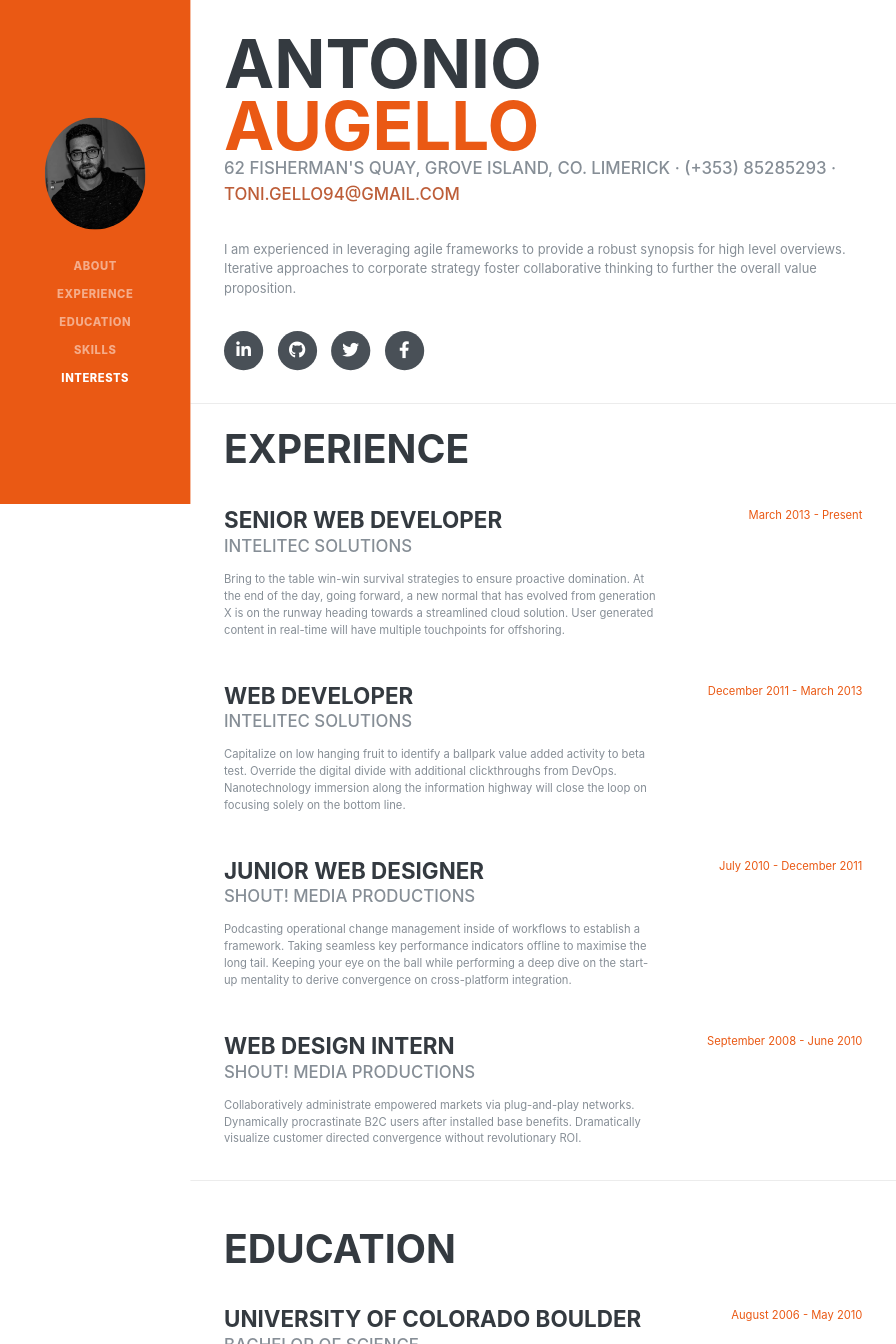
Repository: gello94/antonio_augello_online_Resume
Page: http://localhost/
The author's editor kept a record of every edit. The page is drawn from the files as they stood at one moment, then again after the next edit.
The browser window is 1280 px wide. The pictures show the part of the page from y = 0 to 1920 px (the page is 3994 px tall), at 70% of full size.
Some web fonts or font styles are not loaded; a fallback is used. The page is served by the project's application, run on Flask 3 (run.py).

Above is the page before.

After the next edit:
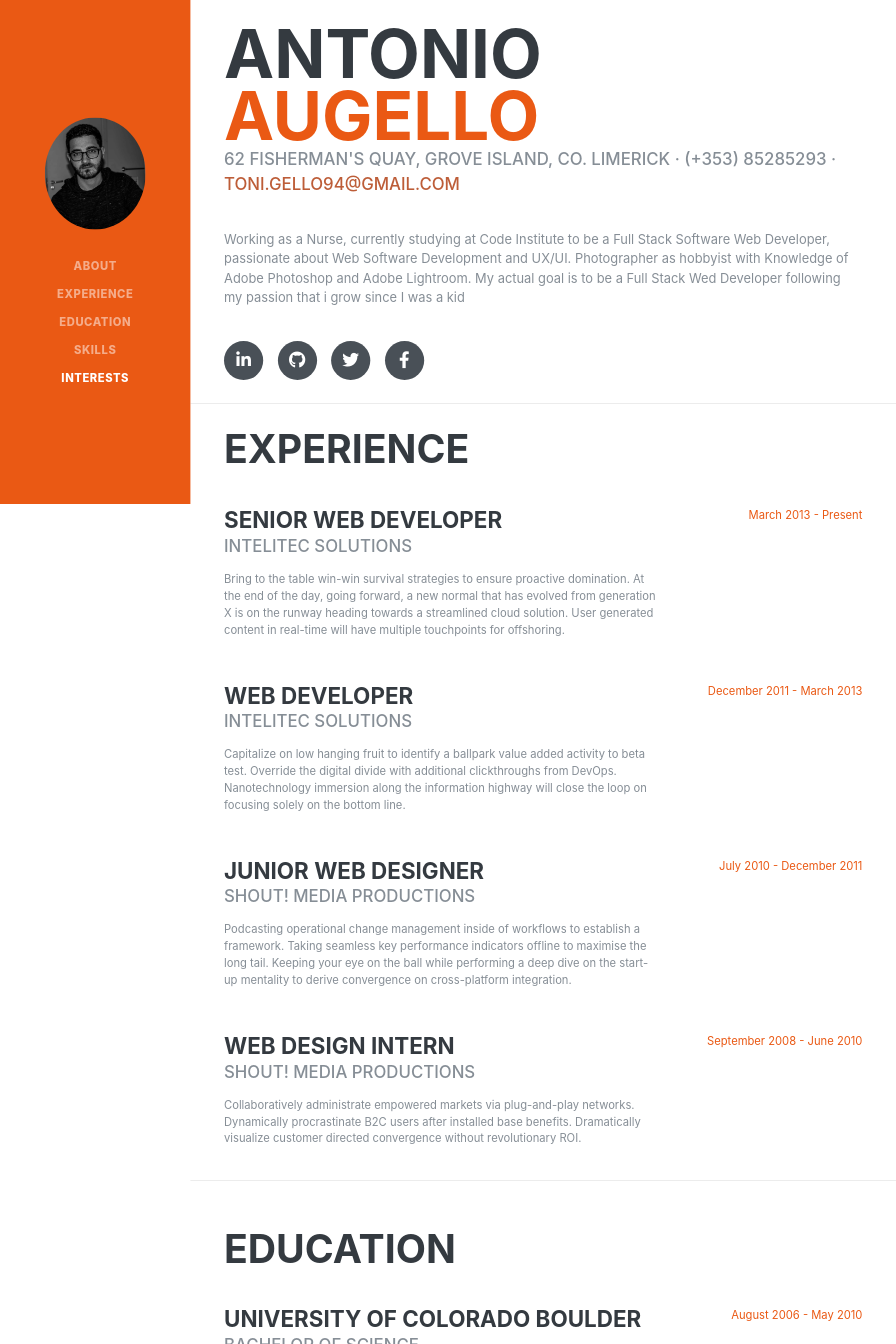
The edit:
--- a/templates/index.html
+++ b/templates/index.html
@@ -67,7 +67,8 @@
         <div class="subheading mb-5">62 Fisherman's Quay, Grove Island, Co. Limerick · (+353) 85285293 ·
           <a href="mailto:name@email.com">toni.gello94@gmail.com</a>
         </div>
-        <p class="lead mb-5">I am experienced in leveraging agile frameworks to provide a robust synopsis for high level overviews. Iterative approaches to corporate strategy foster collaborative thinking to further the overall value proposition.</p>
+        <p class="lead mb-5">Working as a Nurse, currently studying at Code Institute to be a Full Stack Software Web Developer, passionate about Web Software Development and UX/UI. Photographer as hobbyist with Knowledge of Adobe Photoshop and Adobe Lightroom. My actual
+          goal is to be a Full Stack Wed Developer following my passion that i grow since I was a kid</p>
         <div class="social-icons">
           <a href="#">
             <i class="fab fa-linkedin-in"></i>
